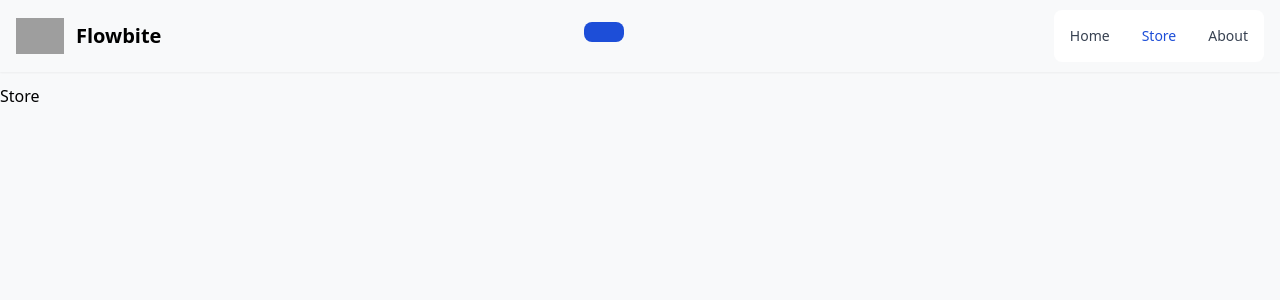
Repository: ducanhaep/react-ts-shopping-cart
Page: /store
An editor plug-in stored every save of this project. The page is shown before and after the next save, followed by the edit.
The browser window is 1280 px wide. The pictures show the whole page.
Pictures or frames that could not be fetched are drawn as grey boxes. The project was rebuilt for these pictures with package versions that can differ from the ones it lists, and the page was loaded fresh each time. Also part of the build but not shown: vite.config.ts, src/pages/About.js, src/pages/Home.js.

Above is the page before, as saved 2023-01-11 17:29:55.

After the next save:
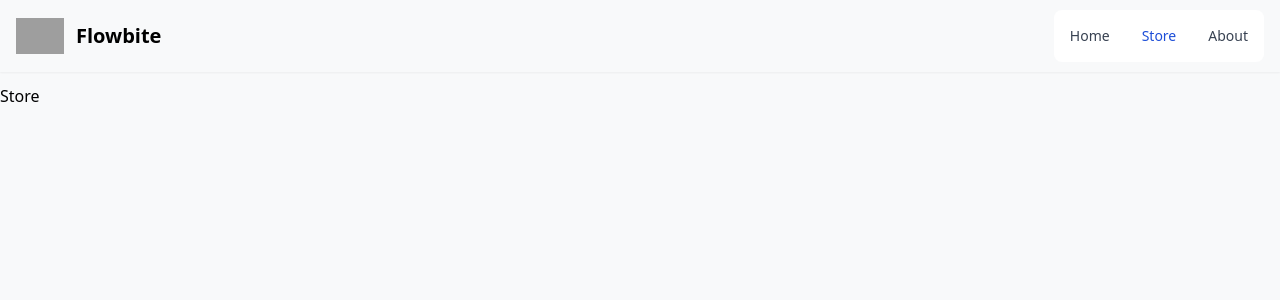
Saved 33 s later.
--- a/src/components/Navbar.tsx
+++ b/src/components/Navbar.tsx
@@ -19,7 +19,7 @@
             data-collapse-toggle="navbar-default"
             type="button"
             // className="inline-flex items-center p-2 ml-3 text-sm text-gray-500 rounded-lg md:hidden hover:bg-gray-100 focus:outline-none focus:ring-2 focus:ring-gray-200 dark:text-gray-400 dark:hover:bg-gray-700 dark:focus:ring-gray-600"
-            className=" text-white bg-blue-700 hover:bg-blue-800 focus:ring-4 focus:ring-blue-300 font-medium rounded-lg text-sm px-5 py-2.5 mr-2 mb-2 dark:bg-blue-600 dark:hover:bg-blue-700 focus:outline-none dark:focus:ring-blue-800"
+            className=" text-white hover:bg-blue-800 focus:ring-4 focus:ring-blue-300 font-medium rounded-lg text-sm px-5 py-2.5 mr-2 mb-2 dark:bg-blue-600 dark:hover:bg-blue-700 focus:outline-none dark:focus:ring-blue-800"
             aria-controls="navbar-default"
             aria-expanded="false"
           >

After the save that followed:
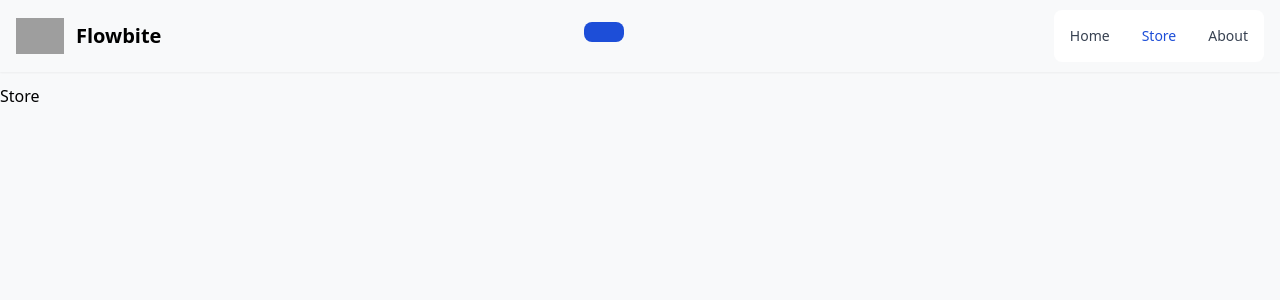
Saved 5 s later.
--- a/src/components/Navbar.tsx
+++ b/src/components/Navbar.tsx
@@ -19,7 +19,7 @@
             data-collapse-toggle="navbar-default"
             type="button"
             // className="inline-flex items-center p-2 ml-3 text-sm text-gray-500 rounded-lg md:hidden hover:bg-gray-100 focus:outline-none focus:ring-2 focus:ring-gray-200 dark:text-gray-400 dark:hover:bg-gray-700 dark:focus:ring-gray-600"
-            className=" text-white hover:bg-blue-800 focus:ring-4 focus:ring-blue-300 font-medium rounded-lg text-sm px-5 py-2.5 mr-2 mb-2 dark:bg-blue-600 dark:hover:bg-blue-700 focus:outline-none dark:focus:ring-blue-800"
+            className=" text-white bg-blue-700 hover:bg-blue-800 focus:ring-4 focus:ring-blue-300 font-medium rounded-lg text-sm px-5 py-2.5 mr-2 mb-2 dark:bg-blue-600 dark:hover:bg-blue-700 focus:outline-none dark:focus:ring-blue-800"
             aria-controls="navbar-default"
             aria-expanded="false"
           >
